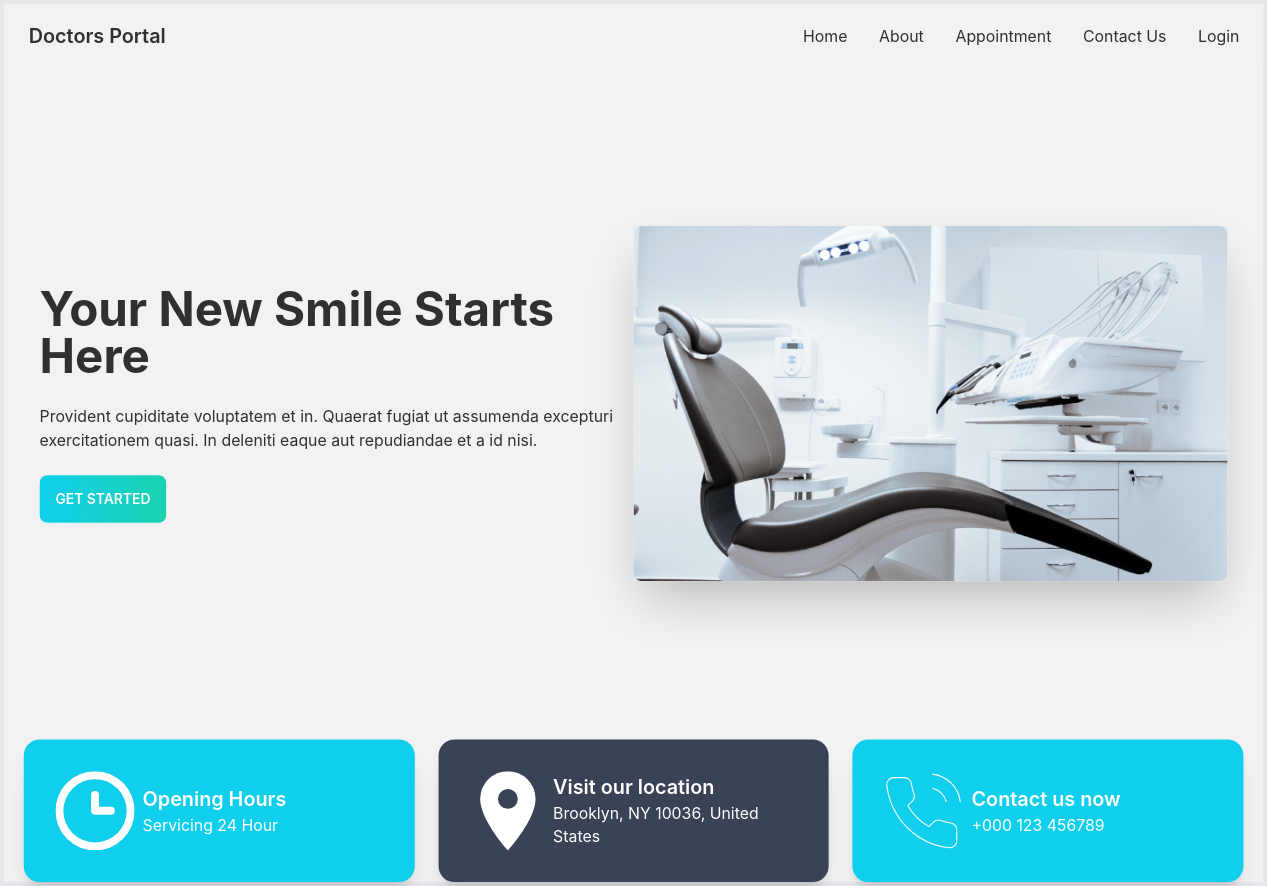
Repository: Samad77/Doctorportal-Client
Page: /
These files come from the project's save history. The page is drawn as it stood at one moment and after the next save; the edit follows.
The browser window is 1280 px wide. The pictures show the whole page, at 99% of full size.
The project was rebuilt for these pictures with package versions that can differ from the ones it lists, and the page was loaded fresh each time. Also part of the build but not shown: src/Pages/Login/Login.js.

Above is the page before, as saved 2022-11-12 12:27:03.

### src/App.js
import logo from './logo.svg';
import './App.css';
import {RouterProvider} from 'react-router-dom'
import router from './Layout/Routes/Routes';
import Cards from './Pages/Home/Cards/Cards';
function App() {
  return (
    <div className="App max-w-[1440px] mx-auto border-4">
      <RouterProvider router={router}>

      </RouterProvider>
    </div>
  );
}

export default App;

### src/Layout/Routes/Routes.js
import { createBrowserRouter } from "react-router-dom";
import Home from "../../Pages/Home/Home";
import Login from "../../Pages/Login/Login";
import Main from "../Main/Main";

const router = createBrowserRouter([
    {path : "/",
    element : <Main></Main>,
    children : [
        {path : '/', element : <Home></Home>,},
        {path: '/home', element : <Home></Home>},
        {path: '/login', element : <Login></Login>},
    ]
    }
])

export default router;

### src/Pages/Home/Cards/Cards.js
import React from 'react';
import img1 from '../../../assets/icons/clock.svg'
import img2 from '../../../assets/icons/marker.svg'
import img3 from '../../../assets/icons/phone.svg'
import img4 from '../../../assets/icons/quote.svg'

const Cards = () => {
    return (
        <section className='grid grid-cols-1 gap-6 md:grid-cols-2 lg:grid-cols-3'>
            <div className="card  bg-primary text-white shadow-xl">
                <div className="card-body flex flex-col items-center  lg:flex-row">
                    <div className=''>
                        <img src={img1} alt="" className='w-20 h-20'/>
                    </div>
                    <div className='text-left'>
                        <h2 className="card-title">Opening Hours</h2>
                        <p>Servicing 24 Hour</p>
                    </div>

                </div>
            </div>

            <div className="card  bg-neutral text-white shadow-xl">
                <div className="card-body lg :flex flex-row items-center ">
                    <div className=''>
                        <img src={img2} alt="" className='w-20 h-20'/>
                    </div>
                    <div className='text-left'>
                        <h2 className="card-title">Visit our location</h2>
                        <p>Brooklyn, NY 10036, United States</p>
                    </div>

                </div>
            </div>

            <div className="card  bg-primary text-white shadow-xl">
                <div className="card-body lg :flex flex-row items-center  ">
                    <div className=''>
                        <img src={img3} alt="" className='w-20 h-20'/>
                    </div>
                    <div className='text-left'>
                        <h2 className="card-title">Contact us now</h2>
                        <p>+000 123 456789</p>
                    </div>

                </div>
            </div>
        </section>
    );
};

export default Cards;

### src/Pages/Home/Home.js
import React from 'react';
import Banner from './Banner/Banner';
import Cards from './Cards/Cards';

const Home = () => {
    return (
        <div className='mx-5'>
            <Banner></Banner>
            <Cards></Cards>
        </div>
    );
};

export default Home;

### src/Layout/Main/Main.js
import React from 'react';
import Footer from '../../Pages/Shared/Footer/Footer';
import Navbar from '../../Pages/Shared/Navbar/Navbar';
import {Outlet} from 'react-router-dom'
const Main = () => {
    return (
        <div>
            <Navbar></Navbar>
                <Outlet></Outlet>
            <Footer></Footer>
        </div>
    );
};

export default Main;

### src/Pages/Home/Banner/Banner.js
import React from 'react';
import img1 from '../../../assets/images/chair.png'
const Banner = () => {
    return (
        <div className="hero bg-base-100 my-36">
            <div className="hero-content flex-col lg:flex-row-reverse">
                <img src={img1} className="w-1/2 rounded-lg shadow-2xl" />
                <div className='text-left'>
                <h1 className="text-5xl font-bold">Your New Smile Starts Here</h1>
                <p className="py-6">Provident cupiditate voluptatem et in. Quaerat fugiat ut assumenda excepturi exercitationem quasi. In deleniti eaque aut repudiandae et a id nisi.</p>
                <button className="btn btn-primary border-0 bg-gradient-to-r from-primary to-secondary text-white">Get Started</button>
                </div>
            </div>
        </div>
    );
};

export default Banner;

### src/Pages/Shared/Navbar/Navbar.js
import React from 'react';
import {Link} from 'react-router-dom'
const Navbar = () => {

    const menuItems =

    <React.Fragment>
        <li><Link to="/home">Home</Link></li>
        <li><Link to="/about">About</Link></li>
        <li><Link to="/appointment">Appointment</Link></li>
        <li><Link to="/contact">Contact Us</Link></li>
        <li><Link to="/login">Login</Link></li>
    </React.Fragment>

    return (
        <div className="navbar bg-base-100 flex justify-between">
  <div className="navbar-start">
    <div className="dropdown">
      <label tabIndex={0} className="btn btn-ghost lg:hidden">
        <svg xmlns="http://www.w3.org/2000/svg" className="h-5 w-5" fill="none" viewBox="0 0 24 24" stroke="currentColor"><path strokeLinecap="round" strokeLinejoin="round" strokeWidth="2" d="M4 6h16M4 12h8m-8 6h16" /></svg>
      </label>
      <ul tabIndex={0} className="menu menu-compact dropdown-content mt-3 p-2 shadow rounded-box w-52">
            {menuItems}
      </ul>
    </div>
    <Link to='/' className="btn btn-ghost normal-case text-xl">Doctors Portal</Link>
  </div>
  <div className="navbar-center hidden lg:flex">
    <ul className="menu menu-horizontal p-0">
        {menuItems}
    </ul>
  </div>

</div>
    );
};

export default Navbar;

### tailwind.config.js
/** @type {import('tailwindcss').Config} */
module.exports = {
  content: ["./src/**/*.{js,jsx,ts,tsx}"],
  theme: {
    extend: {},
  },
  daisyui : {
    themes : [

    {
      doctorThemes: {

primary: "#0FCFEC",

secondary: "#19D3AE",

neutral: "#3A4256",

"base-100": "#F2F2F2",

      },
    },
  ]
  },
  plugins: [require("daisyui")],
}

Loaded but not shown: public/index.html (common file); src/index.js (common file); src/index.css (common file); src/reportWebVitals.js (common file); src/App.css (common file); src/Pages/Shared/Footer/Footer.js (common file)

After the next save:
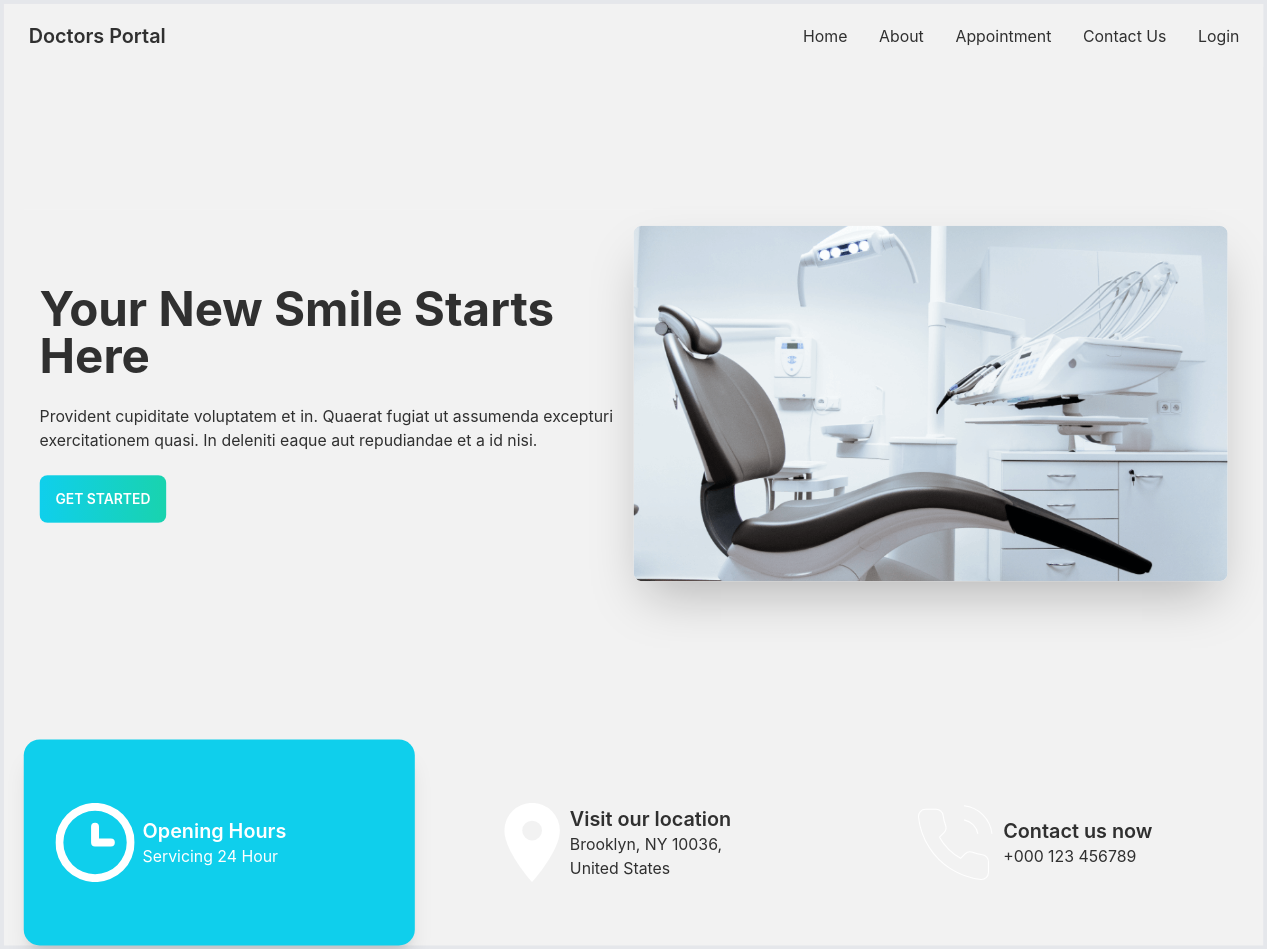
Saved 31 s later.
--- a/src/Pages/Home/Cards/Cards.js
+++ b/src/Pages/Home/Cards/Cards.js
@@ -20,7 +20,7 @@
                 </div>
             </div>
 
-            <div className="card  bg-neutral text-white shadow-xl">
+            <div className="card-body flex flex-col items-center  lg:flex-row">
                 <div className="card-body lg :flex flex-row items-center ">
                     <div className=''>
                         <img src={img2} alt="" className='w-20 h-20'/>
@@ -33,7 +33,7 @@
                 </div>
             </div>
 
-            <div className="card  bg-primary text-white shadow-xl">
+            <div className="card-body flex flex-col items-center  lg:flex-row">
                 <div className="card-body lg :flex flex-row items-center  ">
                     <div className=''>
                         <img src={img3} alt="" className='w-20 h-20'/>

After the save that followed:
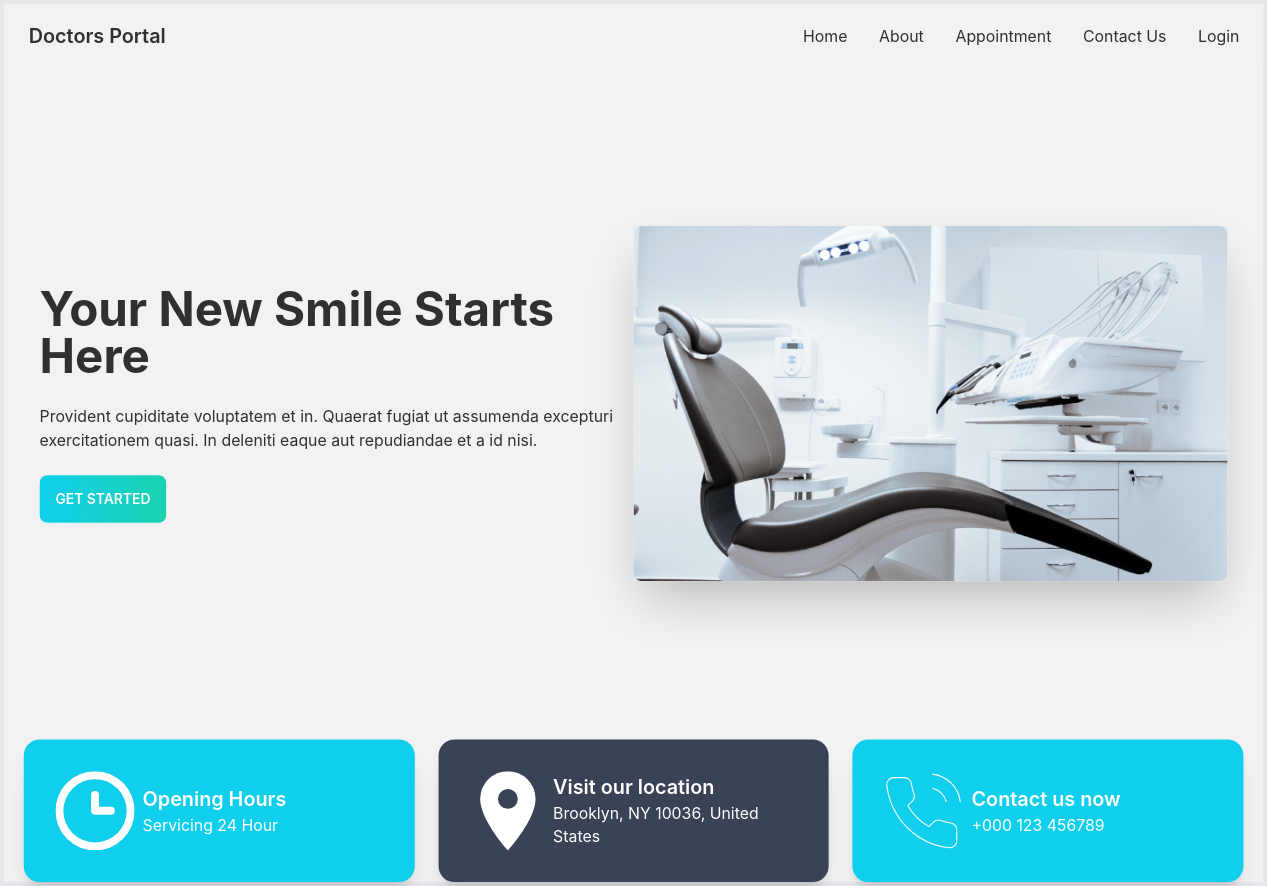
Saved 22 s later.
--- a/src/Pages/Home/Cards/Cards.js
+++ b/src/Pages/Home/Cards/Cards.js
@@ -20,8 +20,8 @@
                 </div>
             </div>
 
-            <div className="card-body flex flex-col items-center  lg:flex-row">
-                <div className="card-body lg :flex flex-row items-center ">
+            <div className="card  bg-neutral text-white shadow-xl">
+                <div className="card-body flex flex-col items-center  lg:flex-row">
                     <div className=''>
                         <img src={img2} alt="" className='w-20 h-20'/>
                     </div>
@@ -33,7 +33,7 @@
                 </div>
             </div>
 
-            <div className="card-body flex flex-col items-center  lg:flex-row">
+            <div className="card  bg-primary text-white shadow-xl">
                 <div className="card-body lg :flex flex-row items-center  ">
                     <div className=''>
                         <img src={img3} alt="" className='w-20 h-20'/>
